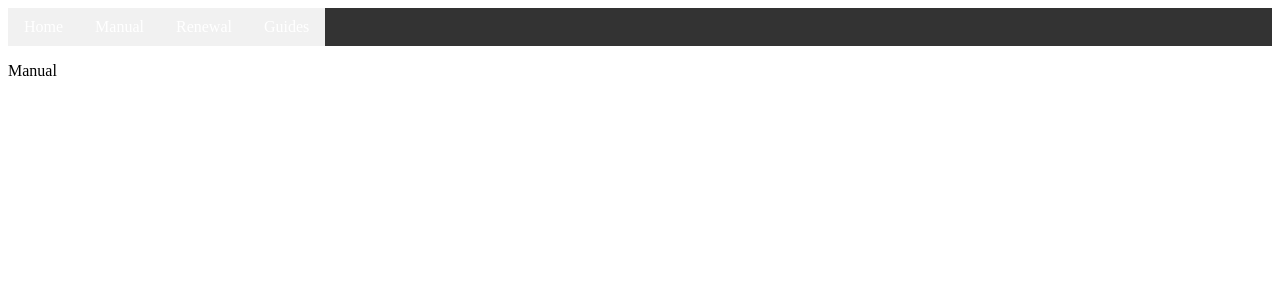
Repository: muesinga/ticketoffice-dot-info
Page: guides/manual.html
The author's editor kept a copy of each file at every save. The page is drawn from the files as they stood at one save, then again after the next save.
The browser window is 1280 px wide. The pictures show the whole page.

Above is the page before, as saved 2022-06-07 10:41:30.
Console error: TypeError: Cannot read properties of null (reading 'getElementsByClassName')

After the next save:
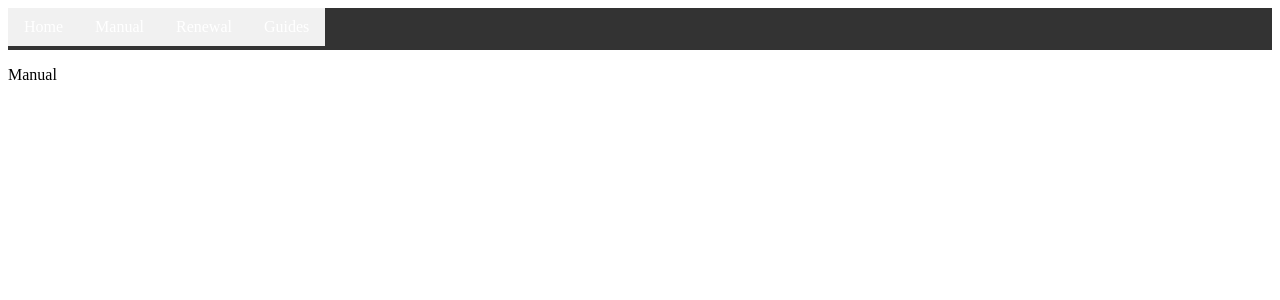
Saved 30 s later.
--- a/style/style.css
+++ b/style/style.css
@@ -22,6 +22,10 @@
     color: white;
   }
 
+  li.dropdown {
+    display: inline-block;
+  }
+
   .dropdown-content {
     display: none;
     position: absolute;
